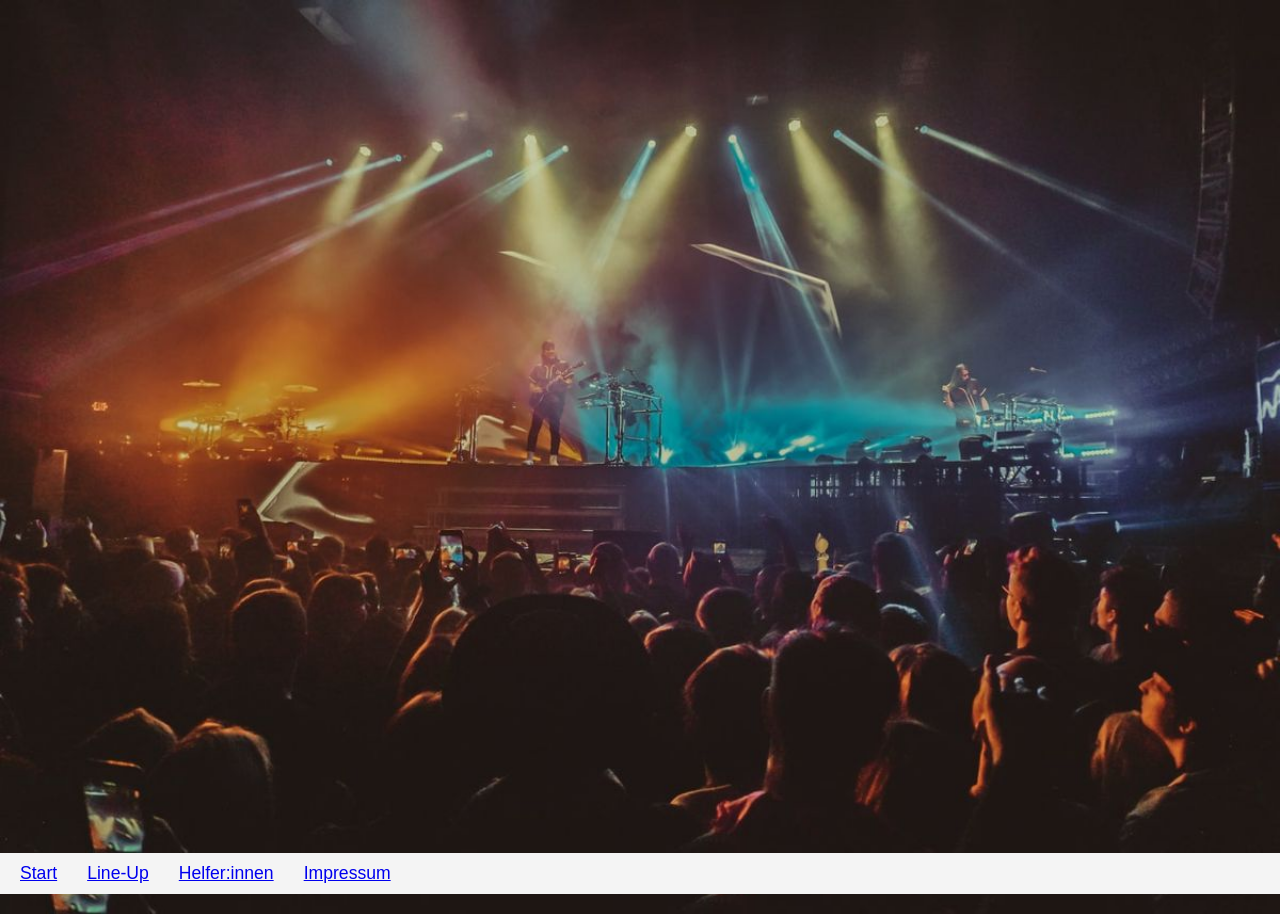
Repository: Hajimohammadi-KI/Web-Technologien
Page: index.html
These files come from the project's save history. The page is drawn as it stood at one moment and after the next save; the edit follows.
The browser window is 1280 px wide. The pictures show the whole page.

Above is the page before, as saved 2025-09-30 13:38:46.

After the next save:
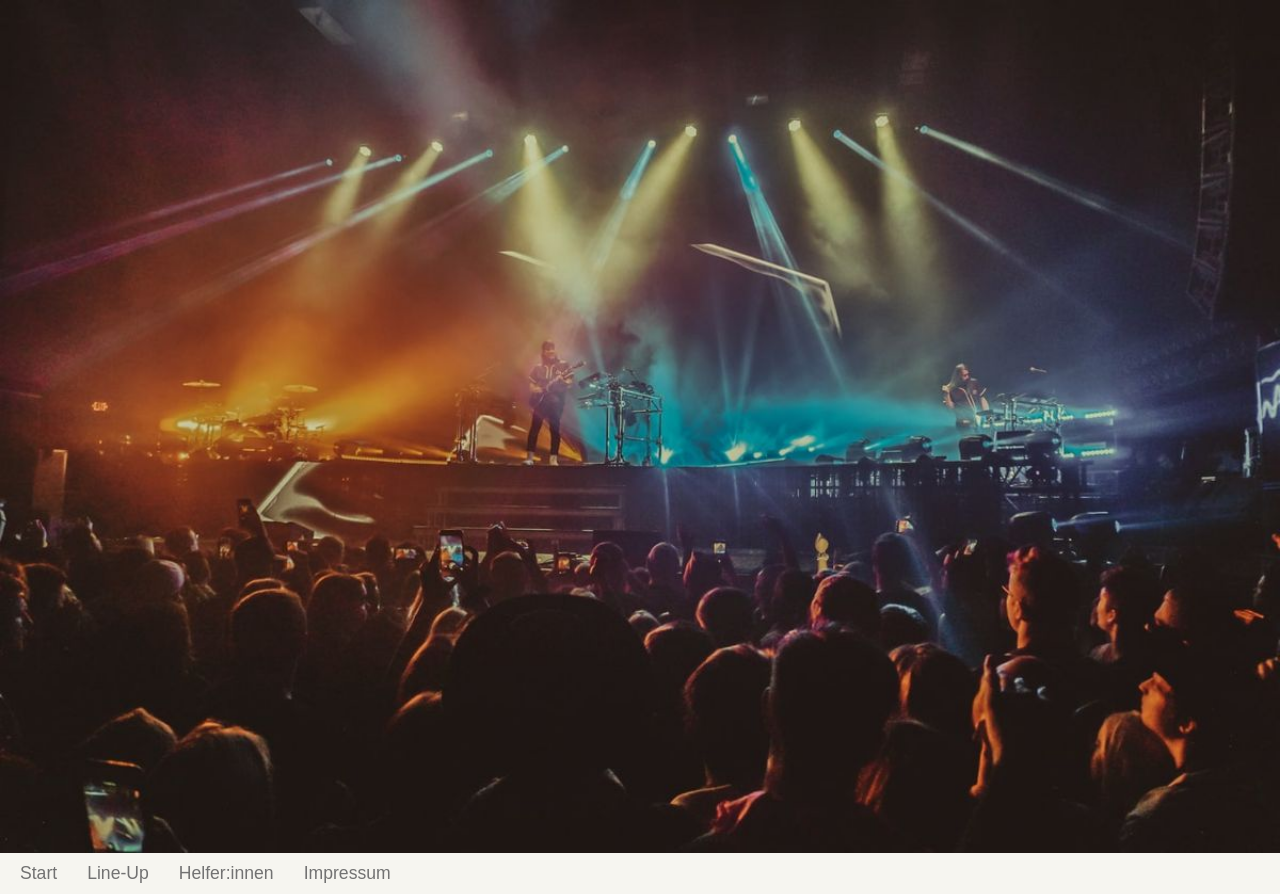
Saved 20 s later.
--- a/Style.css
+++ b/Style.css
@@ -38,14 +38,22 @@ img.responsive-img {
     line-height: 1.6; /* [translate:افزایش ارتفاع خط برای خوانایی بهتر] */
     margin-bottom: 15px; /* [translate:افزودن فاصله پایین به پاراگراف‌ها] */
   }
-  nav {
-    background-color: #f4f4f4; /* [translate:تنظیم رنگ پس‌زمینه برای ناوبری] */
-    padding: 10px 20px; /* [translate:افزودن فاصله داخلی به ناوبری] */
-    margin-bottom: 20px; /* [translate:افزودن فاصله پایین به ناوبری] */
+ nav {
+    background: #f6f5f0;
+    padding: 10px 20px;
+    display: flex;
     gap: 30px;
-    display: flex;
     font-family: sans-serif;
     font-size: 1.1em;
 }
+nav a {
+    text-decoration: none;
+    color: #727272;
+    transition: color 0.2s;
+}
+nav a:hover {
+    color: #444;
+    border-bottom: 1px solid #444;
+}
 
   }
